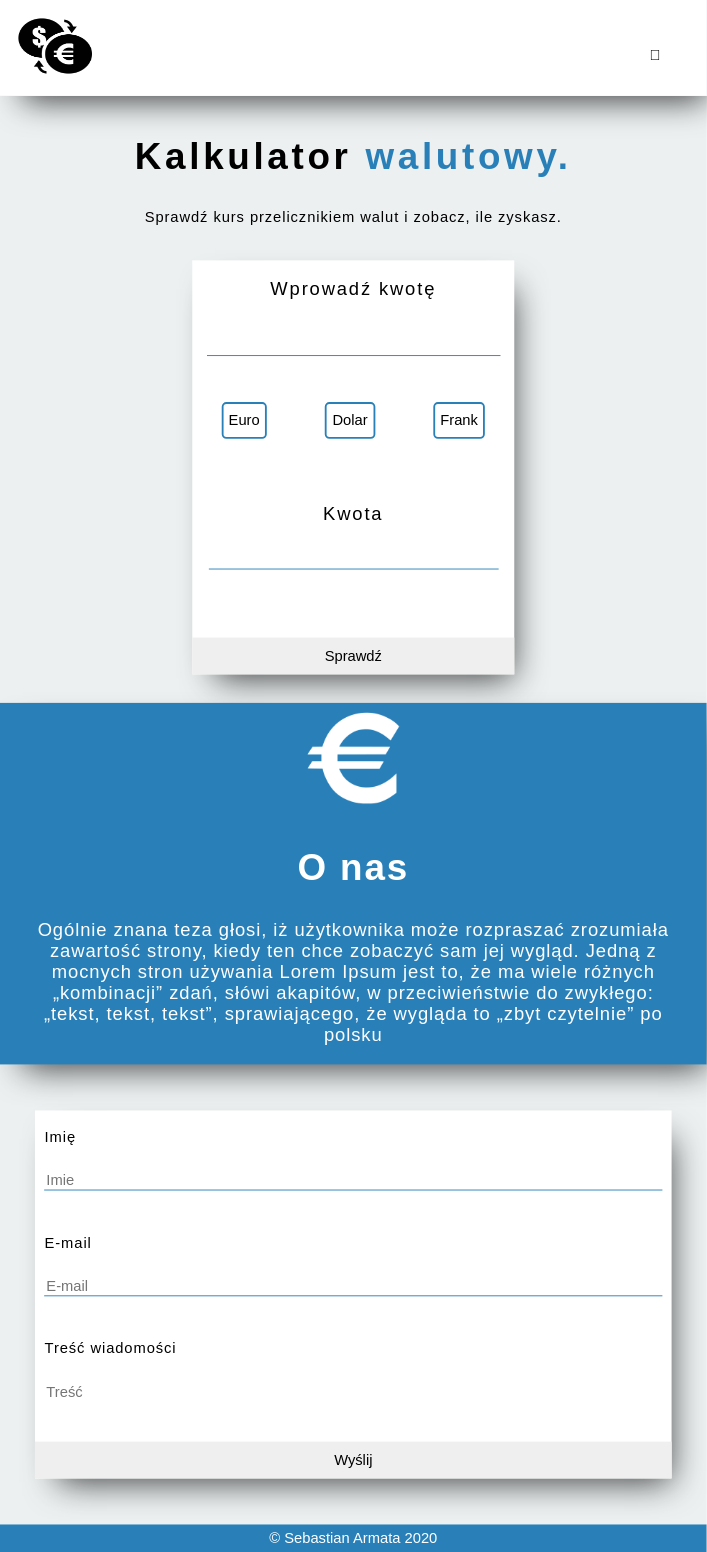
Repository: SebastianArmata22/Kalkulator-walut
Page: index.html
An editor plug-in stored every save of this project. The page is shown before and after the next save, followed by the edit.
The browser window is 768 px wide. The pictures show the whole page, at 92% of full size.
Some web libraries are served in a nearby version.

Above is the page before, as saved 2020-10-30 15:08:15.

After the next save:
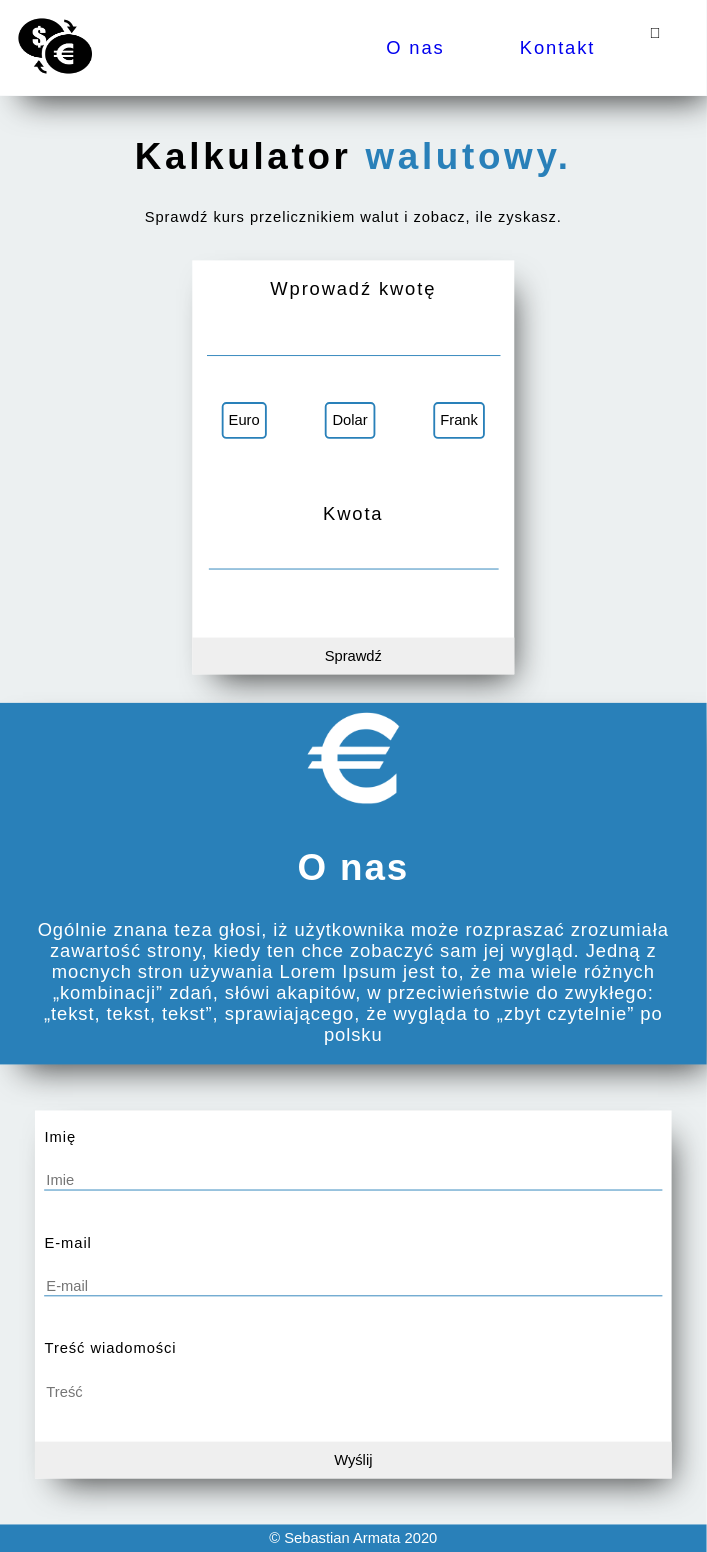
Saved 72 s later.
--- a/style.css
+++ b/style.css
@@ -300,7 +300,7 @@
 .contact-form{
     width: 90%;
 }
-.menu ul li {
+.list{
     display: none;
 }
 .hamburger{

After the 3 saves that followed:
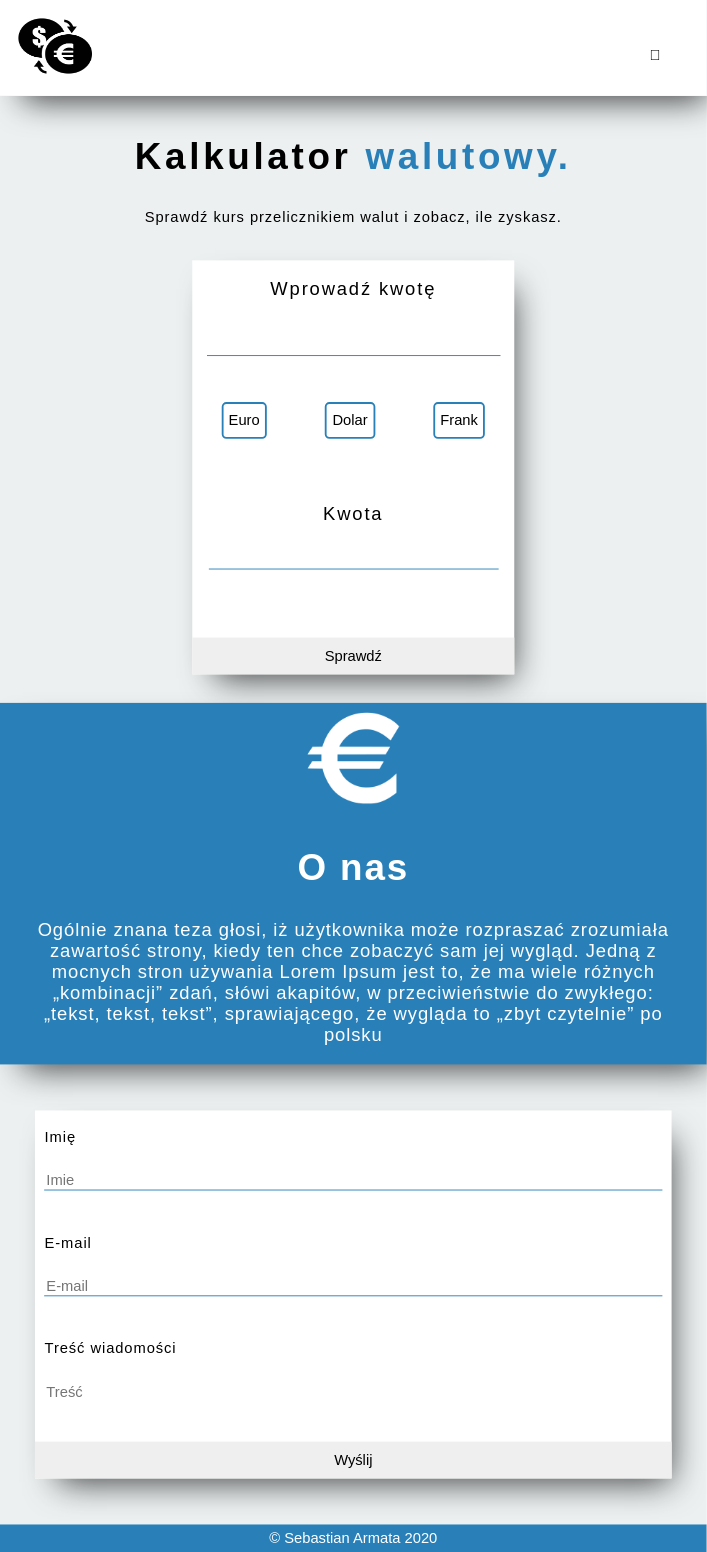
The 3 saves are shown as one change because 2 left the picture as it was.
The last was saved 3 min 36 s later.
--- a/style.css
+++ b/style.css
@@ -300,7 +300,7 @@
 .contact-form{
     width: 90%;
 }
-.list{
+.menu ul li {
     display: none;
 }
 .hamburger{
